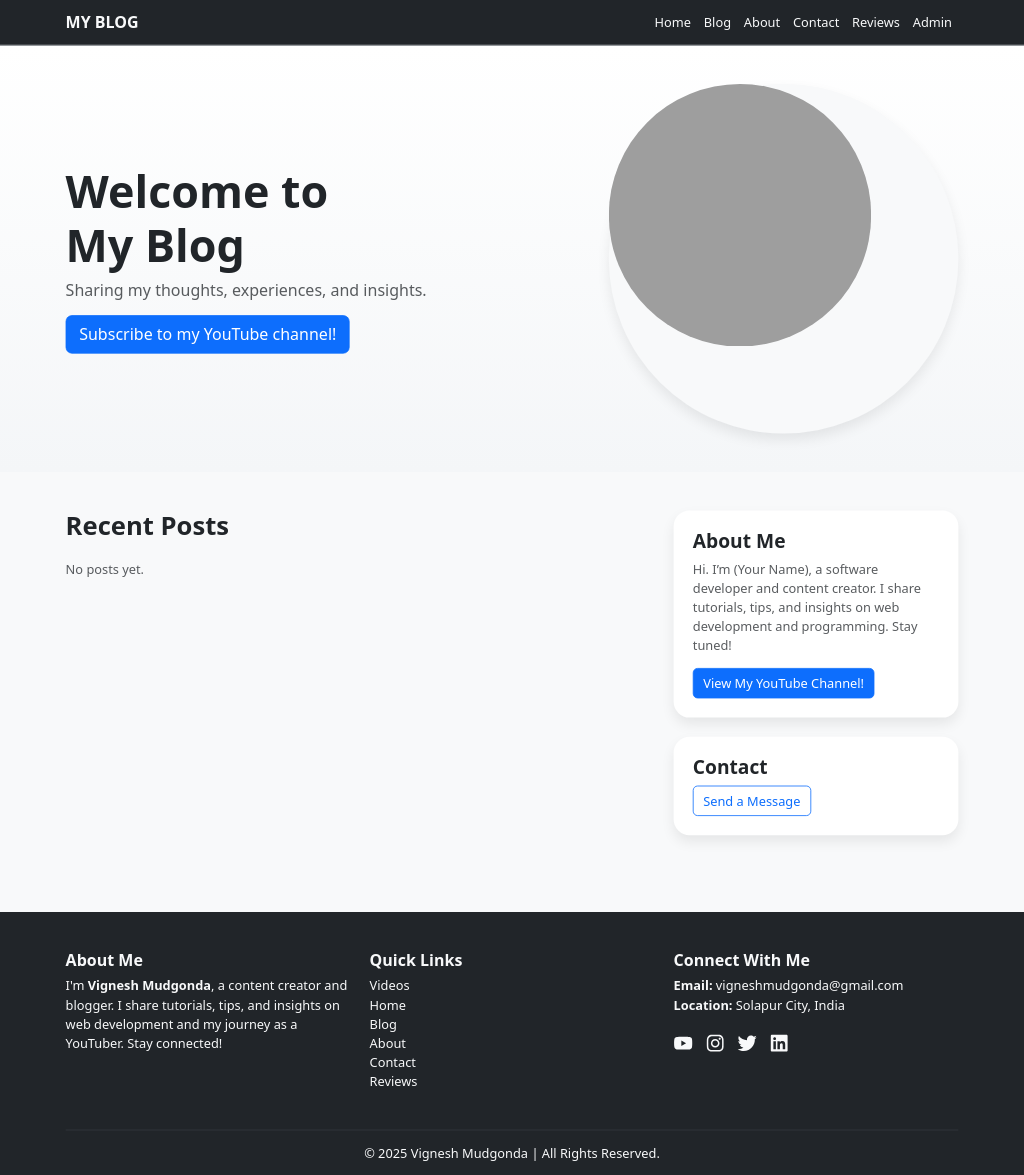
Repository: vigneshmudgonda/Blog2
Page: / (app in blog-frontend-full/)
These files come from the project's save history. The page is drawn as it stood at one moment and after the next save; the edit follows.
The browser window is 1280 px wide. The pictures show the whole page, at 80% of full size.
Pictures or frames that could not be fetched are drawn as grey boxes. The page's requests for data from a server got no answer. The project was rebuilt for these pictures with package versions that can differ from the ones it lists, and the page was loaded fresh each time. No one was signed in, and anything a server would have sent is missing. Also part of the build but not shown: blog-frontend-full/src/pages/BlogList.js, blog-frontend-full/src/pages/BlogDetail.js, blog-frontend-full/src/pages/Reviews.js, blog-frontend-full/src/pages/Contact.js, blog-frontend-full/src/pages/About.js, blog-frontend-full/src/pages/AdminLogin.js, blog-frontend-full/src/pages/AdminDashboard.js, blog-frontend-full/src/pages/YoutubeVideos.js and 1 more.

Above is the page before, as saved 2025-08-19 21:09:51.

### blog-frontend-full/public/index.html
<!DOCTYPE html>
<html lang="en">
  <head>
    <meta charset="utf-8" />
    <meta name="viewport" content="width=device-width, initial-scale=1" />
    <title>My Blog</title>
    <meta name="description" content="Personal blog powered by React + Bootstrap" />
    <link rel="icon" href="%PUBLIC_URL%/favicon.ico" />
  </head>
  <body>
    <noscript>You need to enable JavaScript to run this app.</noscript>
    <div id="root"></div>
  </body>
</html>

### blog-frontend-full/src/index.js
import React from 'react';
import { createRoot } from 'react-dom/client';
import { BrowserRouter } from 'react-router-dom';
import App from './App';
import 'bootstrap/dist/css/bootstrap.min.css';
import 'bootstrap/dist/js/bootstrap.bundle.min.js';
import './index.css';

const root = createRoot(document.getElementById('root'));
root.render(
  <BrowserRouter>
    <App/>
  </BrowserRouter>
);

### blog-frontend-full/src/App.js
import React from 'react';
import { Routes, Route } from 'react-router-dom';
import Navbar from './components/Navbar';
import Footer from './components/Footer';
import Home from './pages/Home';
import BlogList from './pages/BlogList';
import BlogDetail from './pages/BlogDetail';
import Reviews from './pages/Reviews';
import Contact from './pages/Contact';
import About from './pages/About';
import AdminLogin from './pages/AdminLogin';

import AdminDashboard from "./pages/AdminDashboard";
import YoutubeVideos from "./pages/YoutubeVideos";
import PrivateRoute from "./components/PrivateRoute";

export default function App(){
  return (
    <div className="d-flex flex-column min-vh-100">
      <Navbar/>
      <main className="flex-grow-1">
        <Routes>
          <Route path="/" element={<Home/>} />
          <Route path="/blog" element={<BlogList/>} />
          <Route path="/blog/:id" element={<BlogDetail/>} />
          <Route path="/reviews" element={<Reviews/>} />
          <Route path="/contact" element={<Contact/>} />
          <Route path="/about" element={<About/>} />
          <Route path="/login" element={<AdminLogin/>} />


          <Route path="/youtube" element={<YoutubeVideos />} />
             <Route
          path="/admin"
          element={
            <PrivateRoute>
              <AdminDashboard />
            </PrivateRoute>
          }
        />
        </Routes>
      </main>
      <Footer/>
    </div>
  );
}

### blog-frontend-full/src/index.css
:root{--radius:1.25rem}
body{background:#f8f9fa}
.shadow-soft{box-shadow:0 .5rem 1rem rgba(0,0,0,.08)}
.rounded-2xl{border-radius:var(--radius)}
.hero{background:linear-gradient(180deg,#ffffff 0%,#f4f6f8 100%)}
.post-card img{object-fit:cover;height:180px}
a{text-decoration:none}

### blog-frontend-full/src/components/Navbar.js
import React from 'react';
import { Link, NavLink } from 'react-router-dom';

export default function Navbar(){
  return (
    <nav className="navbar navbar-expand-lg bg-dark border-bottom sticky-top">
      <div className="container">
        <Link className="navbar-brand fw-bold text-light " to="/">MY BLOG</Link>
        <button className="navbar-toggler" type="button" data-bs-toggle="collapse" data-bs-target="#nav">
          <span className="navbar-toggler-icon"></span>
        </button>
        <div id="nav" className="collapse navbar-collapse ">
          <ul className="navbar-nav ms-auto">
            <li className="nav-item"><NavLink end className="nav-link text-light " to="/">Home</NavLink></li>
            <li className="nav-item"><NavLink className="nav-link text-light " to="/blog">Blog</NavLink></li>
            <li className="nav-item"><NavLink className="nav-link text-light " to="/about">About</NavLink></li>
            <li className="nav-item"><NavLink className="nav-link text-light " to="/contact">Contact</NavLink></li>
            <li className="nav-item"><NavLink className="nav-link text-light " to="/reviews">Reviews</NavLink></li>
            <li className="nav-item"><NavLink className="nav-link text-light " to="/login">Admin</NavLink></li>
          </ul>
        </div>
      </div>
    </nav>
  );
}

### blog-frontend-full/src/components/Footer.js
import React from "react";
import { Link } from "react-router-dom";
import {
  FaYoutube,
  FaInstagram,
  FaTwitter,
  FaLinkedin,
} from "react-icons/fa";

export default function Footer() {
  return (
    <footer className="bg-dark text-light pt-5 pb-3 mt-5">
      <div className="container">
        <div className="row">
          {/* About Me */}
          <div className="col-md-4 mb-3">
            <h5 className="fw-bold">About Me</h5>
            <p>
              I'm <strong>Vignesh Mudgonda</strong>, a content creator and
              blogger. I share tutorials, tips, and insights on web development
              and my journey as a YouTuber. Stay connected!
            </p>
          </div>

          {/* Quick Links */}
          <div className="col-md-4 mb-3">
            <h5 className="fw-bold">Quick Links</h5>
            <ul className="list-unstyled">
              <li><Link to="/youtube" className="text-light text-decoration-none">Videos</Link></li>
              <li><Link to="/" className="text-light text-decoration-none">Home</Link></li>
              <li><Link to="/blog" className="text-light text-decoration-none">Blog</Link></li>
              <li><Link to="/about" className="text-light text-decoration-none">About</Link></li>
              <li><Link to="/contact" className="text-light text-decoration-none">Contact</Link></li>
              <li><Link to="/reviews" className="text-light text-decoration-none">Reviews</Link></li>
            </ul>
          </div>

          {/* Connect With Me */}
          <div className="col-md-4 mb-3">
            <h5 className="fw-bold">Connect With Me</h5>
            <p>
              <strong>Email:</strong>{" "}
              <a
                href="mailto:vigneshmudgonda@gmail.com"
                className="text-light text-decoration-none"
              >
                vigneshmudgonda@gmail.com
              </a>
              <br />
              <strong>Location:</strong> Solapur City, India
            </p>
            <div className="d-flex gap-3 fs-4">
              <a href="https://youtube.com" className="text-light"><FaYoutube /></a>
              <a href="https://instagram.com" className="text-light"><FaInstagram /></a>
              <a href="https://twitter.com" className="text-light"><FaTwitter /></a>
              <a href="https://linkedin.com" className="text-light"><FaLinkedin /></a>
            </div>
          </div>
        </div>

        <hr className="border-secondary" />
        <p className="text-center mb-0">
          © 2025 Vignesh Mudgonda | All Rights Reserved.
        </p>
      </div>
    </footer>
  );
}

### blog-frontend-full/src/pages/Home.js
import React, { useEffect, useState } from 'react';
import { Link } from 'react-router-dom';
import api from '../services/api';

export default function Home(){
  const [posts, setPosts] = useState([]);

  useEffect(()=>{
    (async ()=>{
      try{
        const res = await api.get('/api/blogs', { params: { limit: 2, page: 1 } });
        setPosts(res.data.blogs || []);
      }catch(e){ console.error(e); }
    })();
  },[]);

  return (
    <div>
      <section className="hero py-5">
        <div className="container">
          <div className="row align-items-center g-5">
            <div className="col-lg-7">
              <h1 className="display-4 fw-bold">Welcome to<br/>My Blog</h1>
              <p className="lead text-muted">Sharing my thoughts, experiences, and insights.</p>
              <a href={process.env.REACT_APP_YOUTUBE_URL || '#'} target="_blank" rel="noreferrer" className="btn btn-primary btn-lg">Subscribe to my YouTube channel!</a>
            </div>
            <div className="col-lg-5">
              <div className="bg-light rounded-circle ratio ratio-1x1 d-flex align-items-center justify-content-center shadow-soft">
                <img alt="Profile" className="rounded-circle w-75 h-75 object-fit-cover" src="https://i.pravatar.cc/300" />
              </div>
            </div>
          </div>
        </div>
      </section>

      <section className="container my-5">
        <div className="row">
          <div className="col-lg-8">
            <h2 className="fw-bold mb-4">Recent Posts</h2>
            <div className="row g-4">
              {posts.map(p => (
                <div className="col-md-6" key={p._id}>
                  <div className="card rounded-2xl shadow-soft post-card h-100">
                    {p.image && <img src={p.image} className="card-img-top" alt={p.title}/>}
                    <div className="card-body">
                      <h5 className="card-title">{p.title}</h5>
                      <p className="text-muted small mb-2">{new Date(p.createdAt || Date.now()).toDateString()}</p>
                      <p className="card-text">{(p.content || '').slice(0,100)}...</p>
                      <Link to={`/blog/${p._id}`} className="btn btn-outline-primary btn-sm">Read More</Link>
                    </div>
                  </div>
                </div>
              ))}
              {!posts.length && <p className="text-muted">No posts yet.</p>}
            </div>
          </div>

          <div className="col-lg-4">
            <div className="mb-4 p-4 bg-white rounded-2xl shadow-soft">
              <h4 className="fw-bold">About Me</h4>
              <p className="text-muted">Hi. I’m (Your Name), a software developer and content creator. I share tutorials, tips, and insights on web development and programming. Stay tuned!</p>
              <a className="btn btn-primary" href={process.env.REACT_APP_YOUTUBE_URL || '#'} target="_blank" rel="noreferrer">View My YouTube Channel!</a>
            </div>
            <div className="p-4 bg-white rounded-2xl shadow-soft">
              <h4 className="fw-bold">Contact</h4>
              <Link className="btn btn-outline-primary" to="/contact">Send a Message</Link>
            </div>
          </div>
        </div>
      </section>
    </div>
  );
}

### blog-frontend-full/src/services/api.js
import axios from 'axios';
const API_URL = process.env.REACT_APP_API_URL || 'http://localhost:5000';
const api = axios.create({ baseURL: API_URL });
export default api;

After the next save:
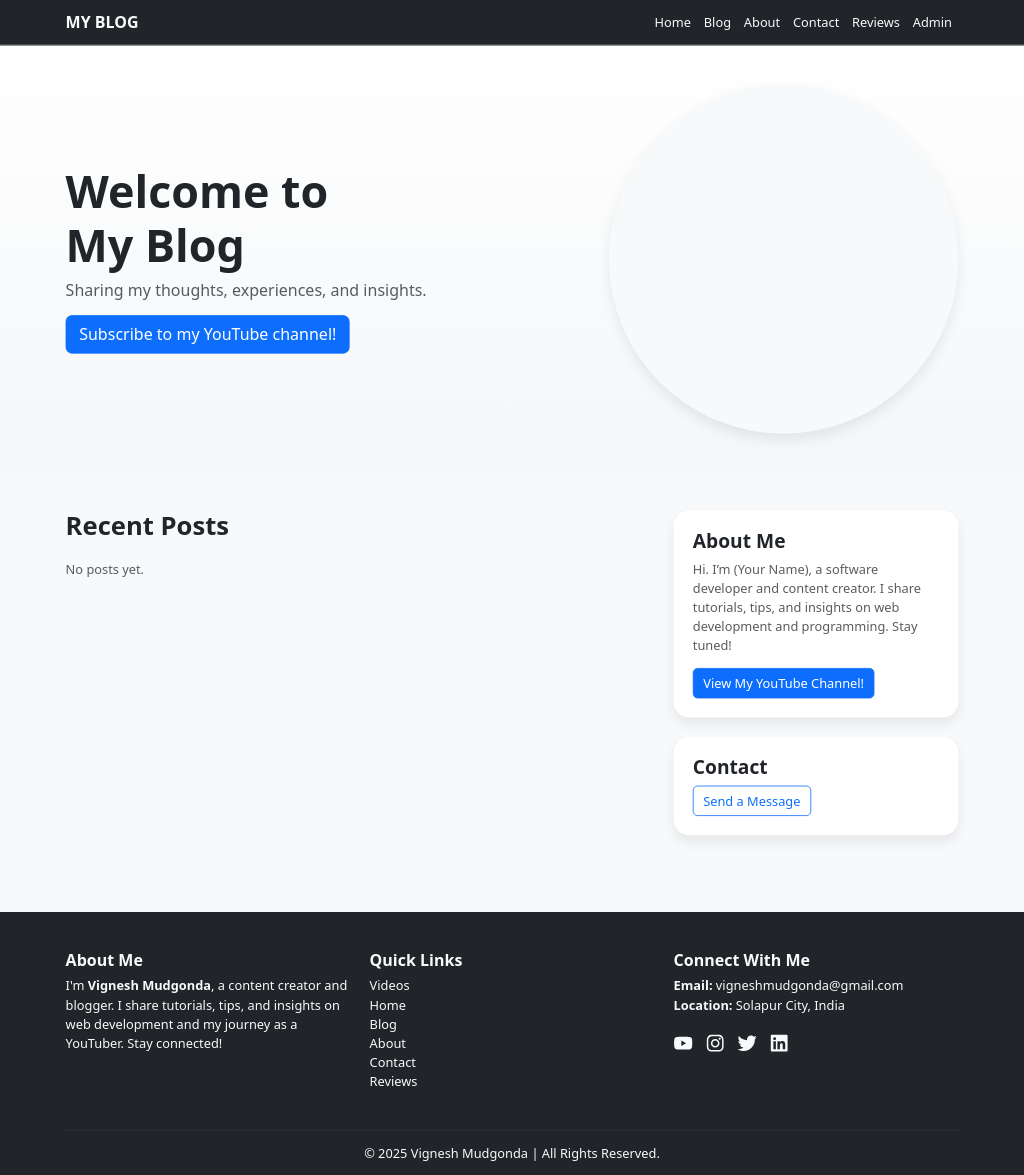
Not found: blog-frontend-full/public/picofme.png
Saved 5 min 12 s later.
--- a/blog-frontend-full/src/pages/Home.js
+++ b/blog-frontend-full/src/pages/Home.js
@@ -26,7 +26,7 @@
             </div>
             <div className="col-lg-5">
               <div className="bg-light rounded-circle ratio ratio-1x1 d-flex align-items-center justify-content-center shadow-soft">
-                <img alt="Profile" className="rounded-circle w-75 h-75 object-fit-cover" src="https://i.pravatar.cc/300" />
+                <img alt="Profile" className="rounded-circle w-75 h-75 object-fit-cover" src="blog-frontend-full/public/picofme.png" />
               </div>
             </div>
           </div>

After the 2 saves that followed:
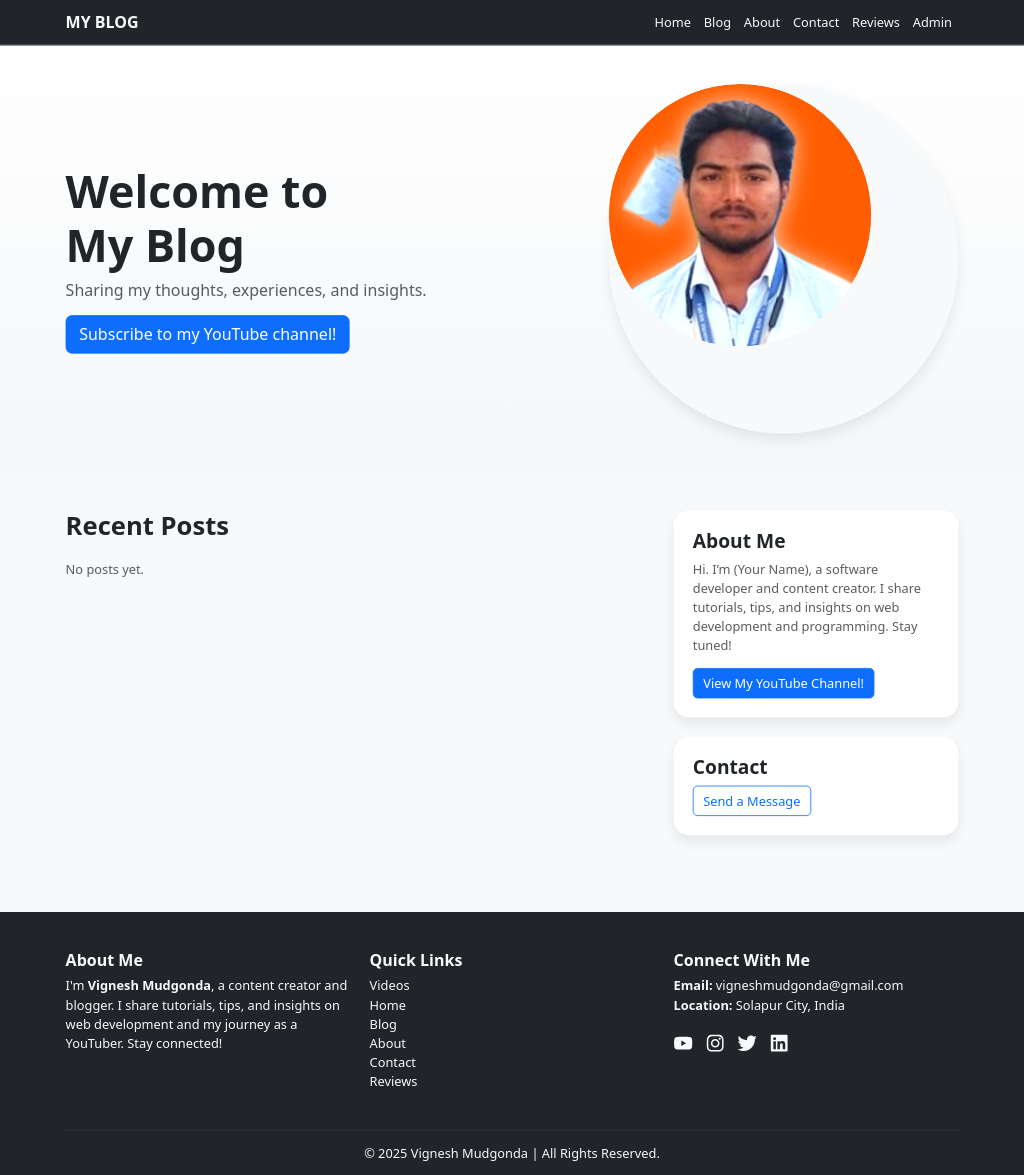
The 2 saves are shown as one change because they came seconds apart.
The last was saved 13 s later.
--- a/blog-frontend-full/src/pages/Home.js
+++ b/blog-frontend-full/src/pages/Home.js
@@ -26,7 +26,7 @@
             </div>
             <div className="col-lg-5">
               <div className="bg-light rounded-circle ratio ratio-1x1 d-flex align-items-center justify-content-center shadow-soft">
-                <img alt="Profile" className="rounded-circle w-75 h-75 object-fit-cover" src="blog-frontend-full/public/picofme.png" />
+                <img alt="Profile" className="rounded-circle w-75 h-75 object-fit-cover" src="picofme.png" />
               </div>
             </div>
           </div>
